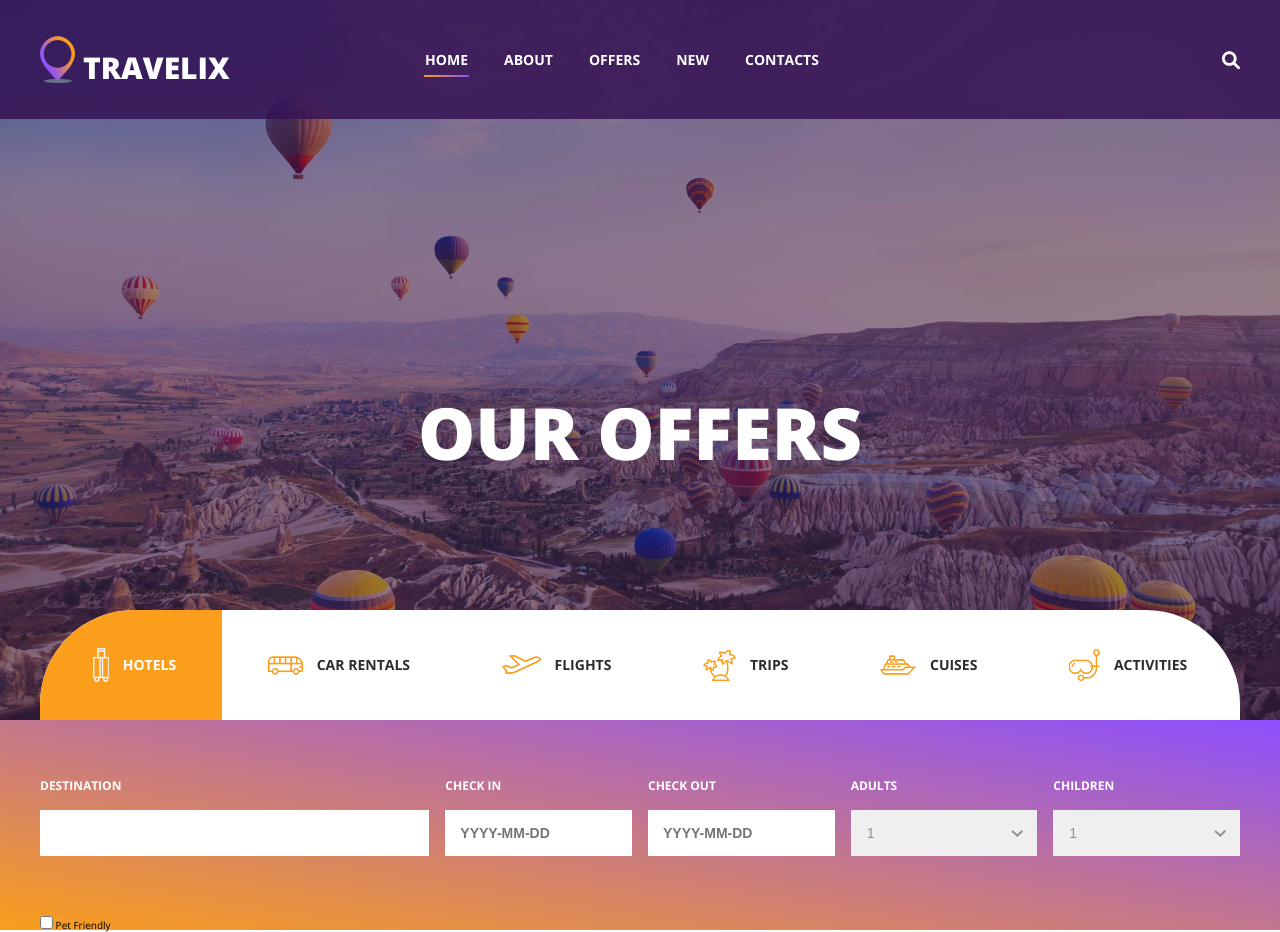
Repository: phamhuuloc/Travelix_Template
Page: offers.html
An editor plug-in stored every save of this project. The page is shown before and after the next save, followed by the edit.
The browser window is 1280 px wide. The pictures show the whole page.
Some web fonts or font styles are not loaded; a fallback is used.

Above is the page before, as saved 2021-10-17 11:07:27.

After the next save:
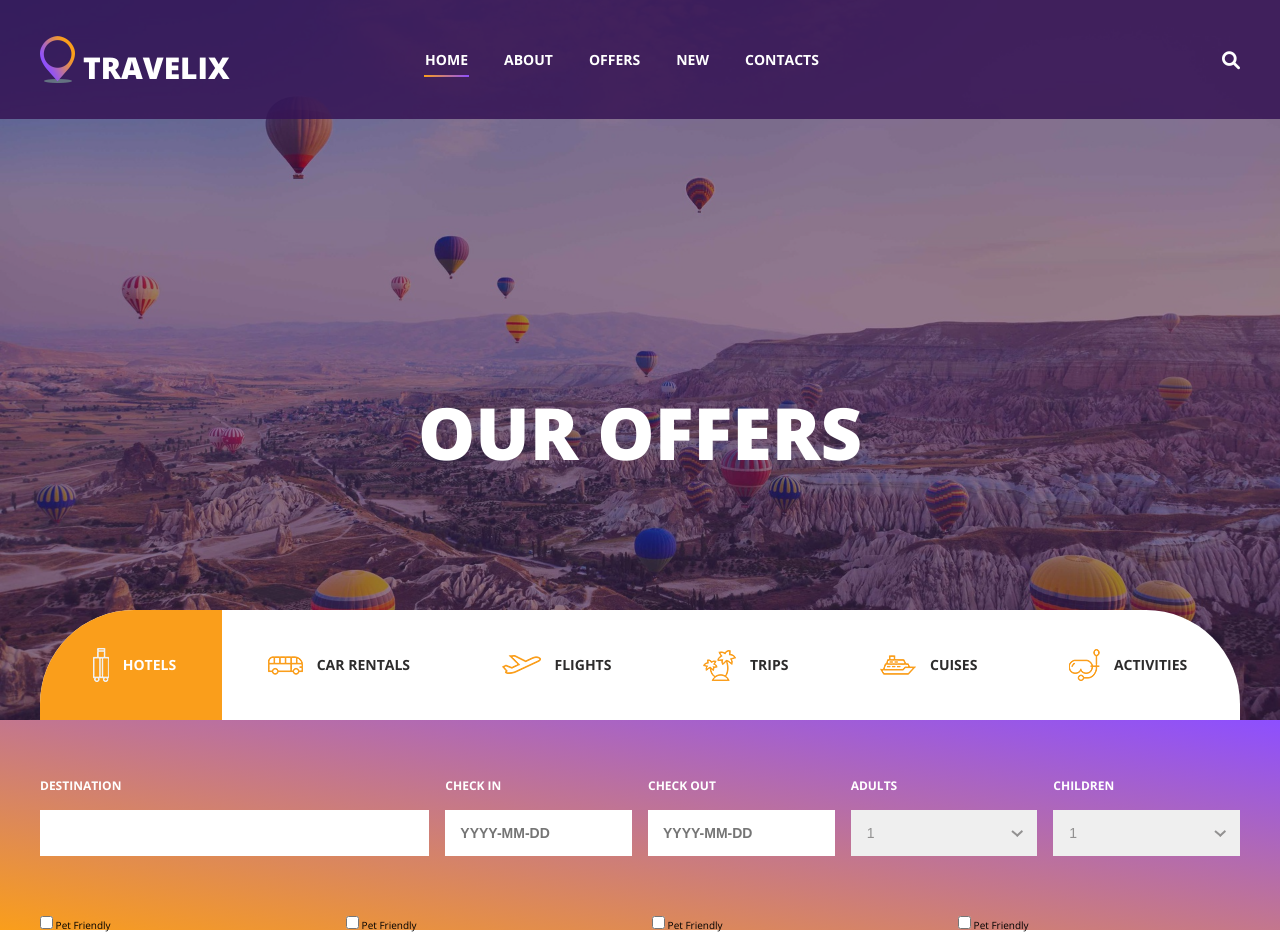
Saved 10 s later.
--- a/offers.html
+++ b/offers.html
@@ -245,6 +245,18 @@
           <input type="checkbox" />
           <label for="#">Pet Friendly</label>
         </div>
+        <div class="search__extra__items col l-3">
+          <input type="checkbox" />
+          <label for="#">Pet Friendly</label>
+        </div>
+        <div class="search__extra__items col l-3">
+          <input type="checkbox" />
+          <label for="#">Pet Friendly</label>
+        </div>
+        <div class="search__extra__items col l-3">
+          <input type="checkbox" />
+          <label for="#">Pet Friendly</label>
+        </div>
       </div>
     </div>
   </div>
